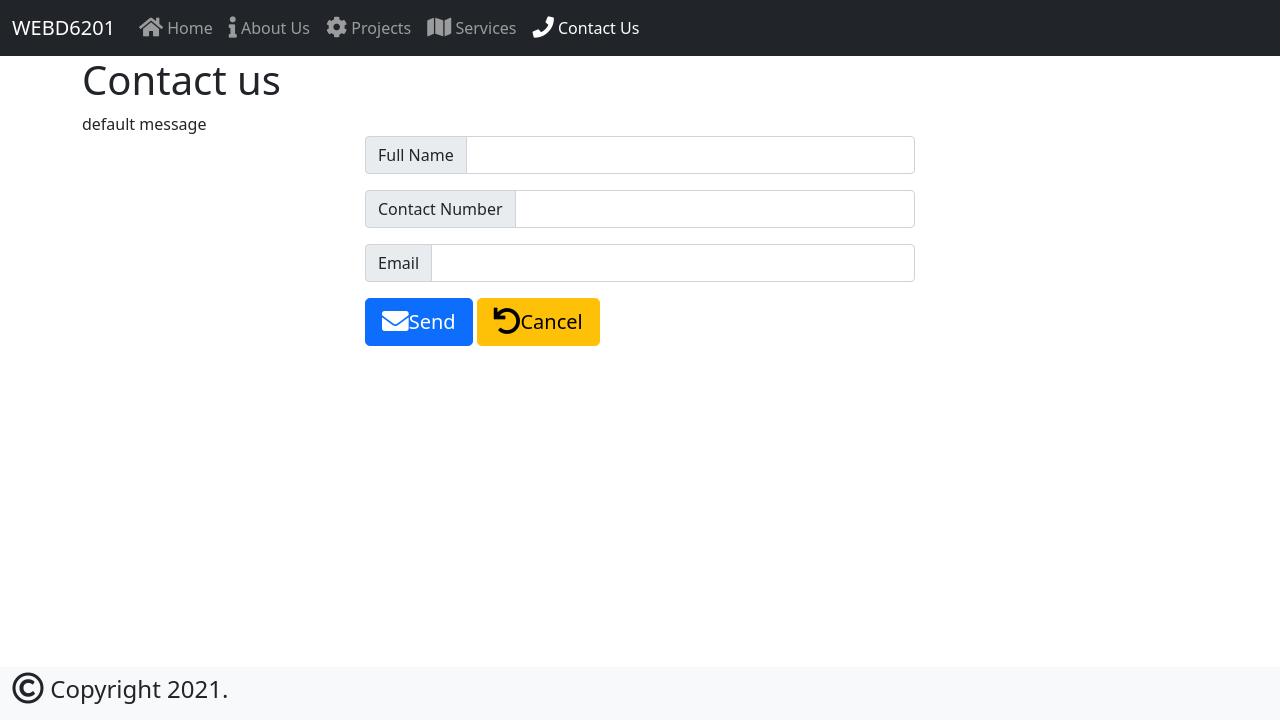
Repository: aphim/Webd6201-wk3
Page: contact.html
These files come from the project's save history. The page is drawn as it stood at one moment and after the next save; the edit follows.
The browser window is 1280 px wide. The pictures show the whole page.

Above is the page before, as saved 2021-01-21 09:45:29.

After the next save:
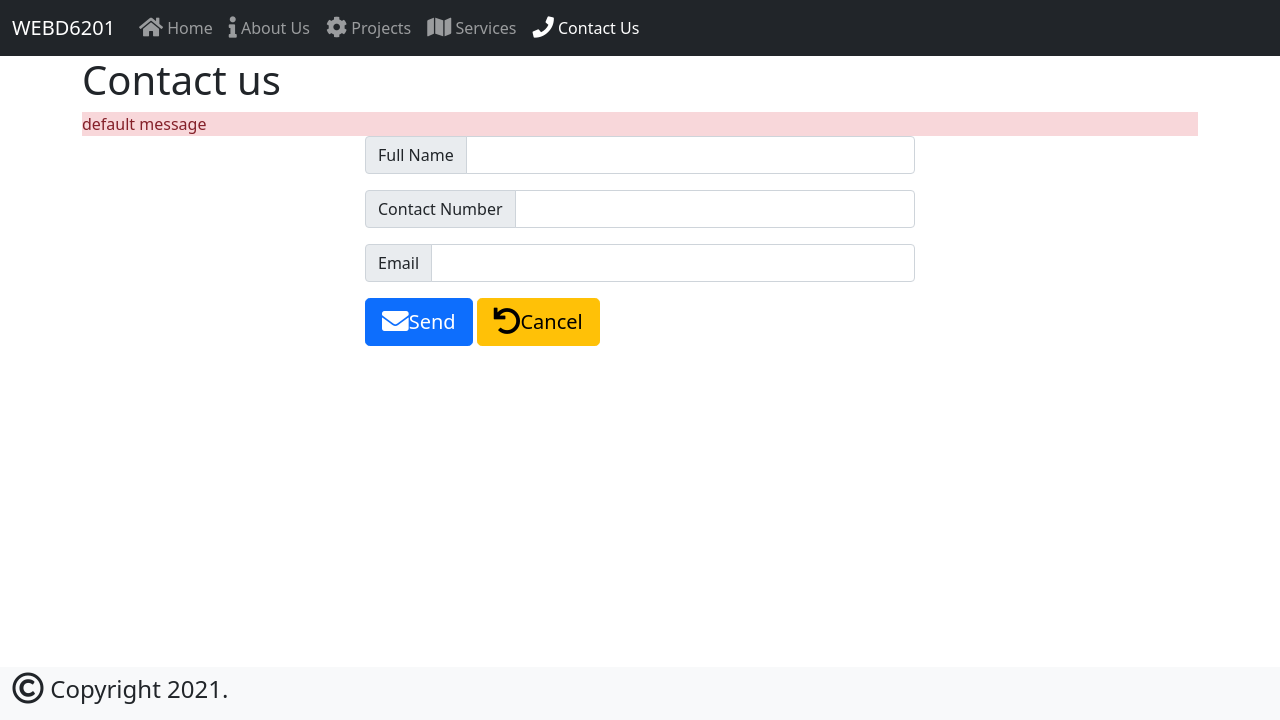
Saved 25 s later.
--- a/contact.html
+++ b/contact.html
@@ -49,7 +49,7 @@
 <!--Main Content-->
     <main class="container">
         <h1>Contact us</h1>
-<div id="messageArea">default message</div>
+<div id="messageArea" class="alert-danger">default message</div>
 
 
 <div class="row justify-content-lg-center g-3">
